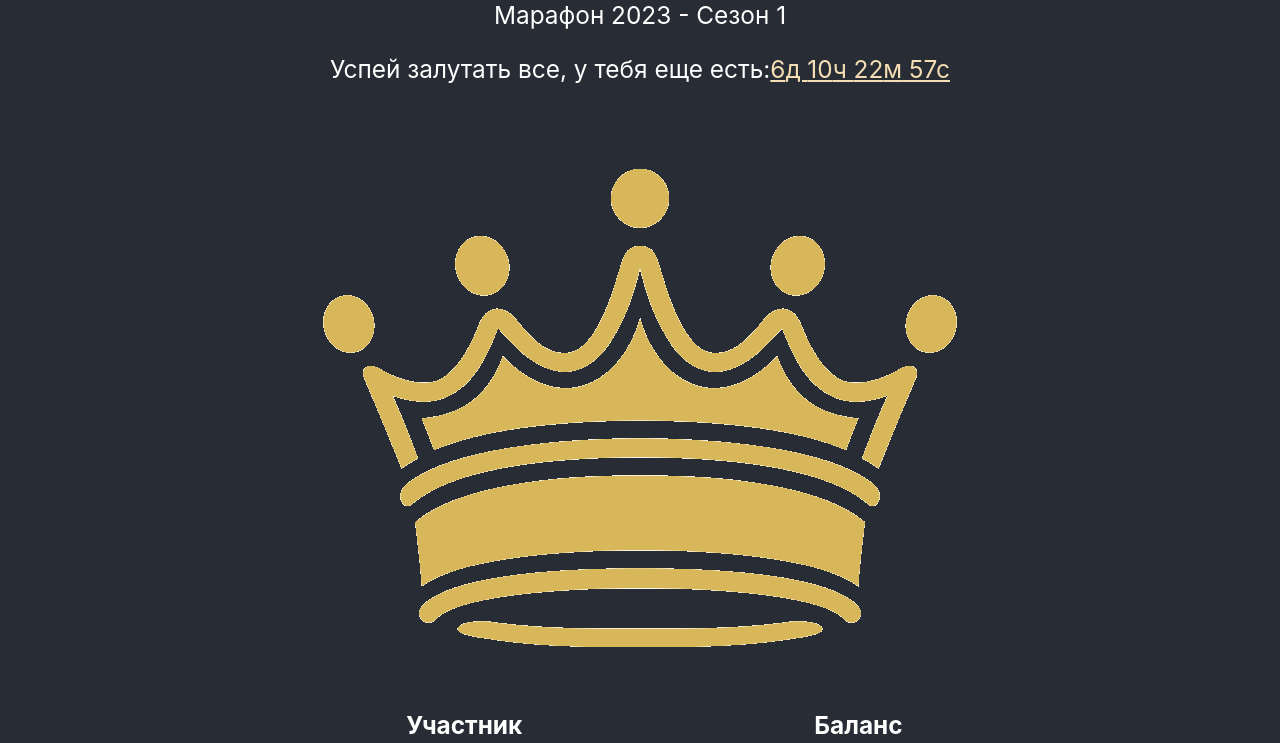
Repository: bandikost/capers
Page: /main
The author's editor kept a copy of each file at every save. The page is drawn from the files as they stood at one save, then again after the next save.
The browser window is 1280 px wide. The pictures show the whole page.
The page's requests for data from a server got no answer. The project was rebuilt for these pictures with package versions that can differ from the ones it lists, and the page was loaded fresh each time. No one was signed in, and anything a server would have sent is missing.

Above is the page before, as saved 2023-04-10 16:58:02.

### src/App.js
import logo from './logo.svg';
import './App.css';
import { BrowserRouter, Routes, Route } from "react-router-dom";
import Main from './components/Main';


function App() {
  return (
    <div className="App">
      <header className="App-header">
      <BrowserRouter >
        <Routes>
            <Route path='/main' element={<Main />}/>

        </Routes>
      </BrowserRouter>
      </header>
    </div>
  );
}

export default App;

### src/App.css
.App {
  text-align: center;
}

.App-logo {
  height: 40vmin;
  pointer-events: none;
}


.App-header {
  background-color: #282c34;
  min-height: 100vh;
  display: flex;
  flex-direction: column;
  align-items: center;
  justify-content: center;
  font-size: calc(10px + 2vmin);
  color: white;
  padding: 0 20px;
}

.App-link {
  color: #61dafb;
}


.table {
  height: auto;
  margin: 0 auto 0;
  position: relative;
    top: -25px
}

.cell {
  border: 1px solid white;
  border-radius: 10px;
  width: 300px;
  margin: 50px 0px;
  display: flex;
  justify-content: space-between;
}

.cell p {
  padding: 0 20px;
  width: 110px;
}

.button {
  display: block;
  width: 120px;
  position: relative;
  z-index: 10;
  left: -140%;
  margin-top: -60px;
  height: 50px;
  opacity: 0;
}

.container {
  display: flex;
    margin: 0 auto 0;
    flex-direction: column;
}

.table .cell:before {
  content: attr(data-number) ". ";
  margin-left: -40px;
  display: flex;
  padding: 0 5px;
  align-items: center;
}

hr {
  display: flex;
  margin: 0;
}

.table .cell:before {
  color: gold;
  font-size: 40px;
  display: flex;
  align-items: center;
}
.table .cell:nth-child(2):before {
  color: silver;
  font-size: 35px;
}
.table .cell:nth-child(3):before {
  color: #D2B48C;
  font-size: 30px;
}

.table .cell:nth-child(4):before {
  color: white;
  font-size: 25px;
}

### src/components/Main.jsx
import React, { useState, useEffect } from "react";
import firebase from "../firebase";
import crown from "./images/pngegg.png"

const Main = () => {
  const [name, setName] = useState({});
  const [balance, setbalance] = useState({});
  const [editingUser, setEditingUser] = useState(null);
  const [targetDate, setTargetDate] = useState(new Date("2023-04-16T21:00:00.000Z"));
  const [timeRemaining, setTimeRemaining] = useState({});
  const [prevBalance, setPrevBalance] = useState({});

  useEffect(() => {
    const balanceRef = firebase.database().ref("balance");
    balanceRef.on("value", (snapshot) => {
      const data = snapshot.val();
      setbalance(data);
    });
  }, []);

  useEffect(() => {
    const nameRef = firebase.database().ref("name");
    nameRef.on("value", (snapshot) => {
      const data = snapshot.val();
      setName(data);
    });
  }, []);

  useEffect(() => {
    const timer = setInterval(() => {
      setTimeRemaining(calculateTimeRemaining(targetDate));
    }, 1000);
    return () => clearInterval(timer);
  }, [targetDate]);

  function calculateTimeRemaining(targetDate) {
    const difference = +targetDate - +new Date();
    const timeRemaining = {};

    if (difference > 0) {
      timeRemaining.days = Math.floor(difference / (1000 * 60 * 60 * 24));
      timeRemaining.hours = Math.floor((difference / (1000 * 60 * 60)) % 24);
      timeRemaining.minutes = Math.floor((difference / 1000 / 60) % 60);
      timeRemaining.seconds = Math.floor((difference / 1000) % 60);
    } else {
      timeRemaining.days = 0;
      timeRemaining.hours = 0;
      timeRemaining.minutes = 0;
      timeRemaining.seconds = 0;
    }

    return timeRemaining;
  }

  const handleEditClick = (user) => {
    setEditingUser(user);
    setPrevBalance(balance[user]); // store previous balance value
  };

  const handleSaveClick = (user, newBalance) => {
    setEditingUser(null);
    const diff = newBalance - prevBalance;
    setPrevBalance({}); // reset previous balance value
    firebase.database().ref(`balance/${user}`).set(newBalance);
    if (diff > 0) {
      alert(`+${diff} рублей`);
    } else if (diff < 0) {
      alert(`${diff} рублей`);
    }
  };

  const sortedBalances = Object.entries(balance).sort((a, b) => b[1] - a[1]);

  return (
    <div className="container">
      Марафон 2023 - Сезон 1
      <p>
        Успей залутать все, у тебя еще есть:
        <span style={{ color: "wheat", textDecoration: "underline" }}>
          {timeRemaining.days}д {timeRemaining.hours}ч {timeRemaining.minutes}м{" "}
          {timeRemaining.seconds}с
        </span>
      </p>
      <img src={crown} alt="Crown" />
      <table>
        <thead>
          <tr>
            <th>Участник</th>
            <th>Баланс</th>
            <th></th>
          </tr>
        </thead>
        <tbody>
          {sortedBalances.map(([user, balance]) => (
            <tr key={user}>
              <td>{name[user]}</td>
              <td>
                {editingUser === user ? (
                  <input
                    type="number"
                    value={balance}
                    onChange={(e) => setbalance({ ...balance, [user]: e.target.value })}
                    onBlur={() => handleSaveClick(user, balance)}
                  />
                ) : (
                  <span onDoubleClick={() => handleEditClick(user)}>{balance}</span>
                )}
              </td>
              <td>{diff[user] ? diff[user] : ""}</td>
            </tr>
          ))}
        </tbody>
      </table>
    </div>
  );

};

export default Main;

### src/firebase.js

import "firebase/database";
import firebase from "firebase/compat/app";
import "firebase/compat/database";
import { getAuth } from "firebase/auth";
import { getFirestore } from "firebase/firestore";
import { getStorage, ref } from "firebase/storage";


const firebaseConfig = {
    apiKey: "AIzaSyBp1x8lQCSbuPwbK_sXJ7eGkGpN9c7ONY8",
    authDomain: "capers-a3171.firebaseapp.com",
    databaseURL: "https://capers-a3171-default-rtdb.europe-west1.firebasedatabase.app",
    projectId: "capers-a3171",
    storageBucket: "capers-a3171.appspot.com",
    messagingSenderId: "794243042023",
    appId: "1:794243042023:web:668504b8bdcbe9b7c63042",
    measurementId: "G-7YW48MQCSP"
  };

firebase.initializeApp(firebaseConfig);

export const auth = getAuth();
export const storage = getStorage()
export const db = getFirestore();
export default firebase;

Loaded but not shown: public/index.html (common file); src/index.js (common file); src/index.css (common file); src/reportWebVitals.js (common file)

After the next save:
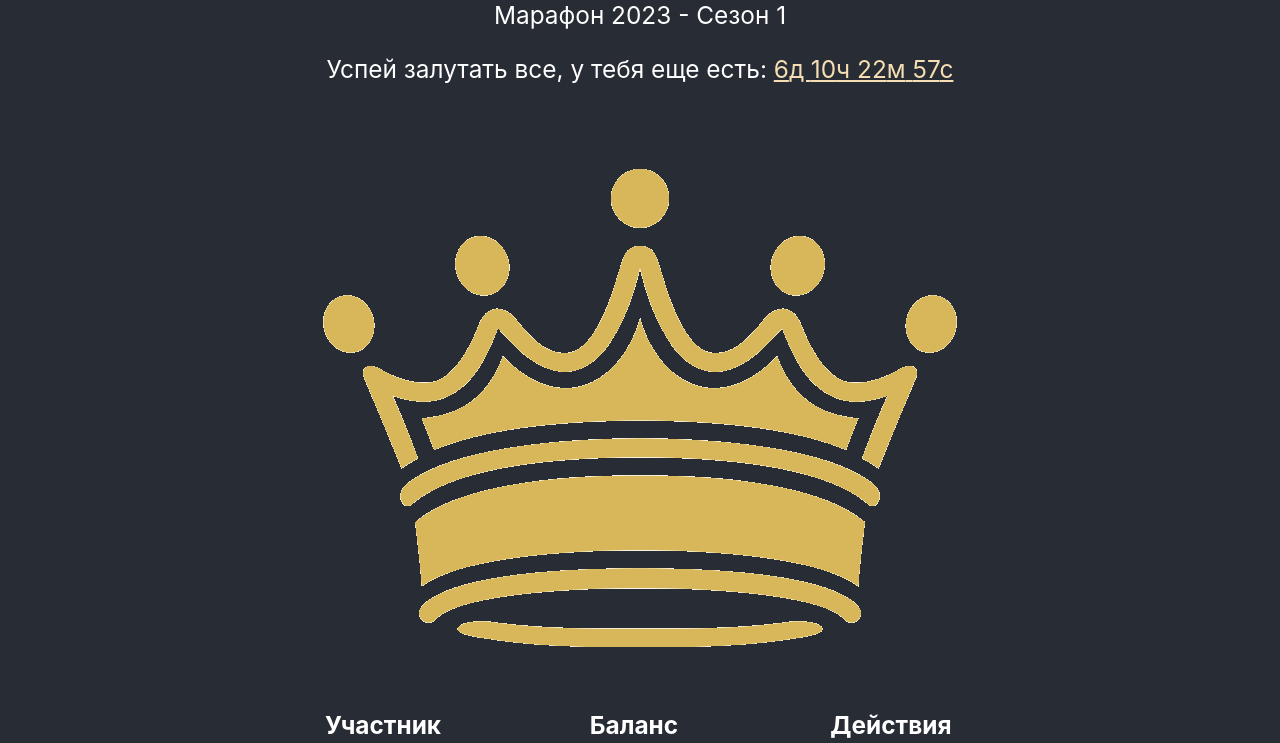
Saved 71 s later.
--- a/src/components/Main.jsx
+++ b/src/components/Main.jsx
@@ -70,43 +70,46 @@ const Main = () => {
   };
 
   const sortedBalances = Object.entries(balance).sort((a, b) => b[1] - a[1]);
-
   return (
     <div className="container">
       Марафон 2023 - Сезон 1
       <p>
-        Успей залутать все, у тебя еще есть:
-        <span style={{ color: "wheat", textDecoration: "underline" }}>
-          {timeRemaining.days}д {timeRemaining.hours}ч {timeRemaining.minutes}м{" "}
-          {timeRemaining.seconds}с
+       Успей залутать все, у тебя еще есть: <span style={{color: "wheat", textDecoration: "underline"}}>
+       {timeRemaining.days}д {timeRemaining.hours}ч {timeRemaining.minutes}м{" "}
+        {timeRemaining.seconds}с
         </span>
       </p>
-      <img src={crown} alt="Crown" />
+      <img src={crown} alt="logo" className="logo" />
       <table>
         <thead>
           <tr>
             <th>Участник</th>
             <th>Баланс</th>
-            <th></th>
+            <th>Действия</th>
           </tr>
         </thead>
         <tbody>
           {sortedBalances.map(([user, balance]) => (
             <tr key={user}>
               <td>{name[user]}</td>
-              <td>
-                {editingUser === user ? (
+              {editingUser === user ? (
+                <td>
                   <input
                     type="number"
                     value={balance}
-                    onChange={(e) => setbalance({ ...balance, [user]: e.target.value })}
-                    onBlur={() => handleSaveClick(user, balance)}
+                    onChange={(e) => setbalance({ ...balance, [user]: +e.target.value })}
                   />
+                </td>
+              ) : (
+                <td>{balance} рублей</td>
+              )}
+              <td>
+                {editingUser === user ? (
+                  <button onClick={() => handleSaveClick(user, balance)}>Сохранить</button>
                 ) : (
-                  <span onDoubleClick={() => handleEditClick(user)}>{balance}</span>
+                  <button onClick={() => handleEditClick(user)}>Изменить</button>
                 )}
               </td>
-              <td>{diff[user] ? diff[user] : ""}</td>
             </tr>
           ))}
         </tbody>
